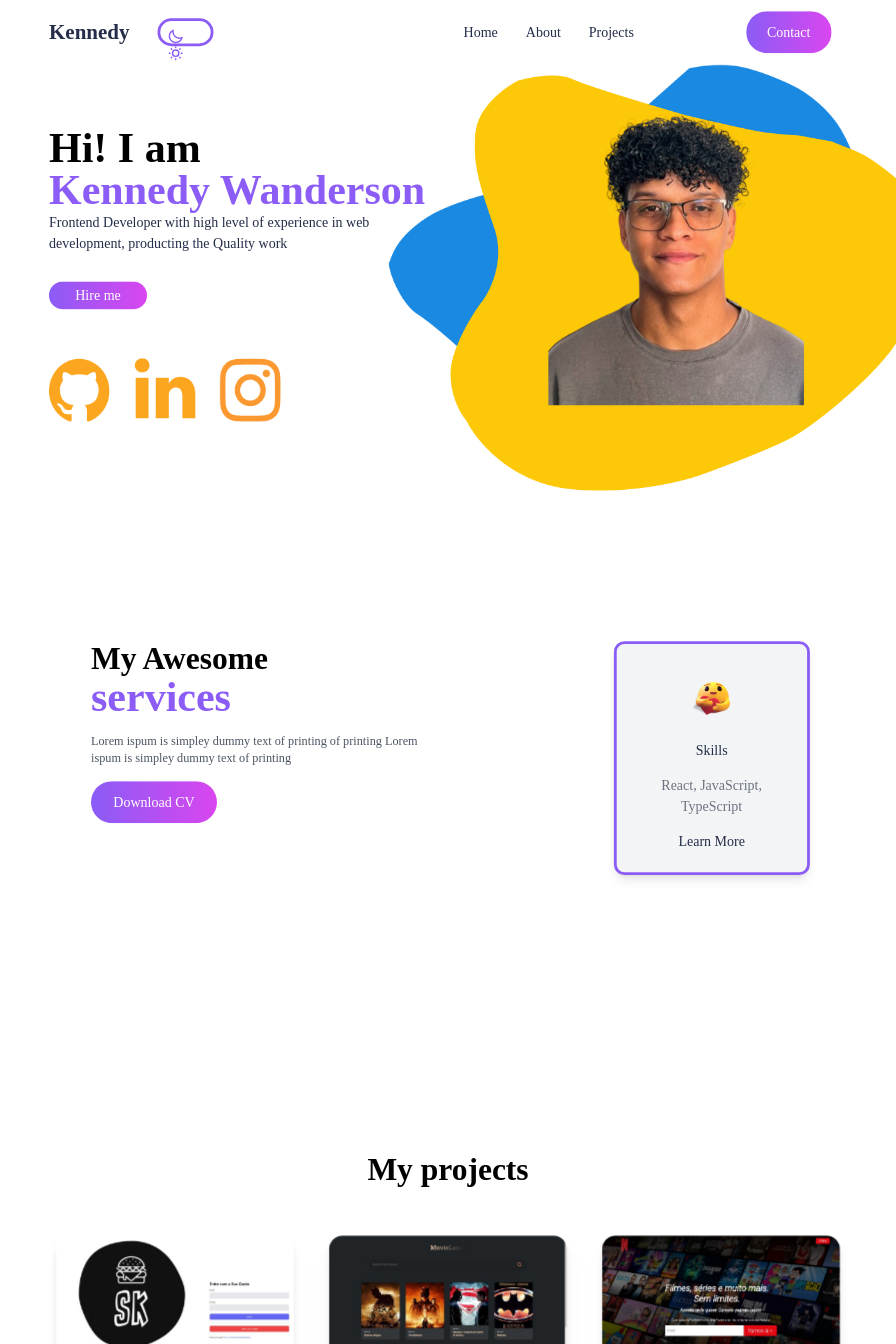
Repository: KennedyWanderson/portfolio
Page: /
The author's editor kept a copy of each file at every save. The page is drawn from the files as they stood at one save, then again after the next save.
The browser window is 1280 px wide. The pictures show the part of the page from y = 0 to 1920 px (the page is 3202 px tall), at 70% of full size.
Some web fonts or font styles are not loaded; a fallback is used. The project was rebuilt for these pictures with package versions that can differ from the ones it lists, and the page was loaded fresh each time. Imported but missing from the stored project, and not drawn on this page: src/Components/Services/Kennedy_CV.pdf.

Above is the page before, as saved 2024-01-20 11:03:20.

After the next save:
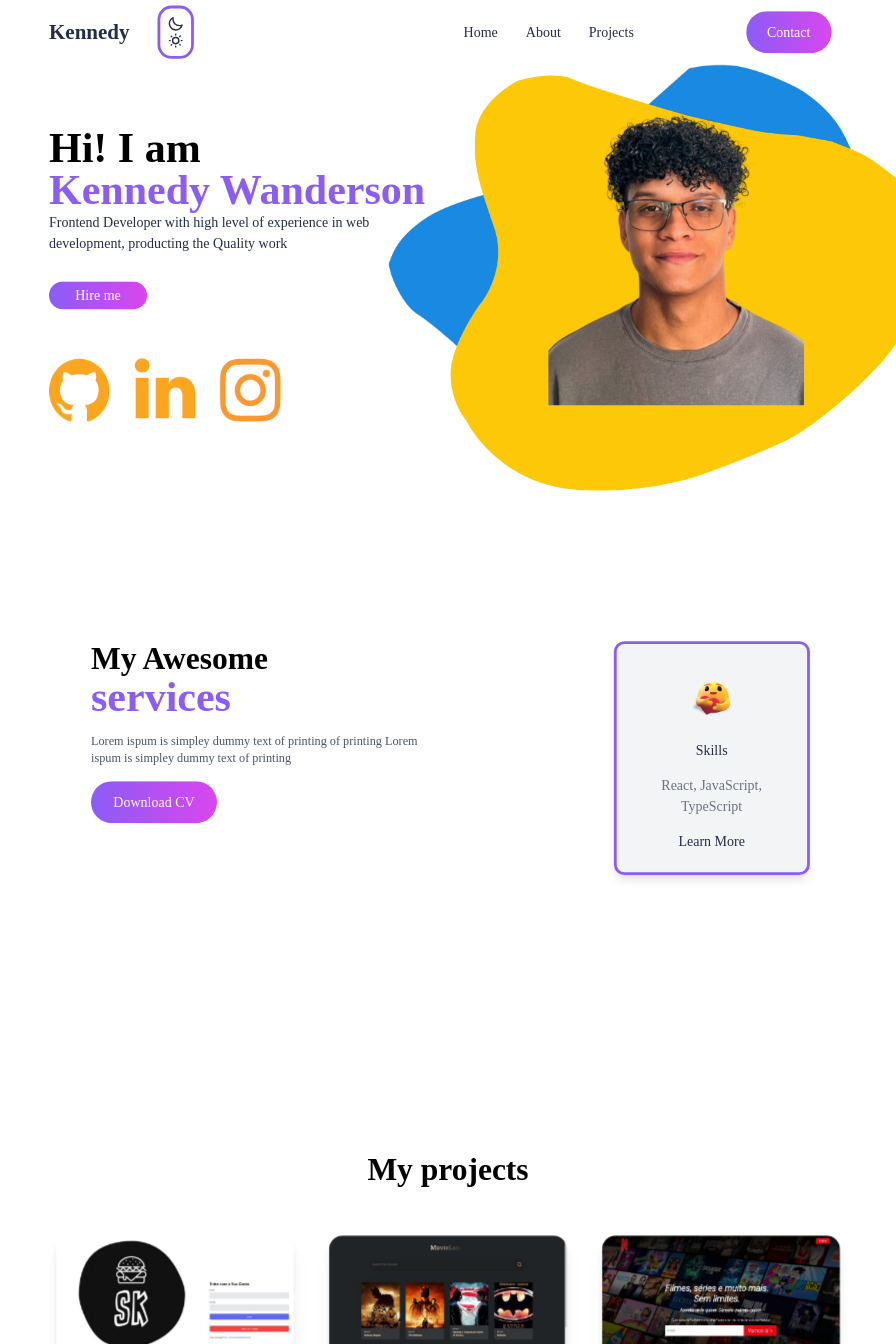
Saved 4 s later.
--- a/src/Components/Toggle/Toggle.jsx
+++ b/src/Components/Toggle/Toggle.jsx
@@ -5,7 +5,7 @@ import Moon from '@iconscout/react-unicons/icons/uil-moon'
 const Toggle = () => {
     return (
         <div className="flex justify-between rounded-2xl border-4 border-violet-500 relative p-2 cursor-grab
-         w-16 h-8 text-violet-500">
+         ">
             <div>
                 <Moon />
                 <Sun />
